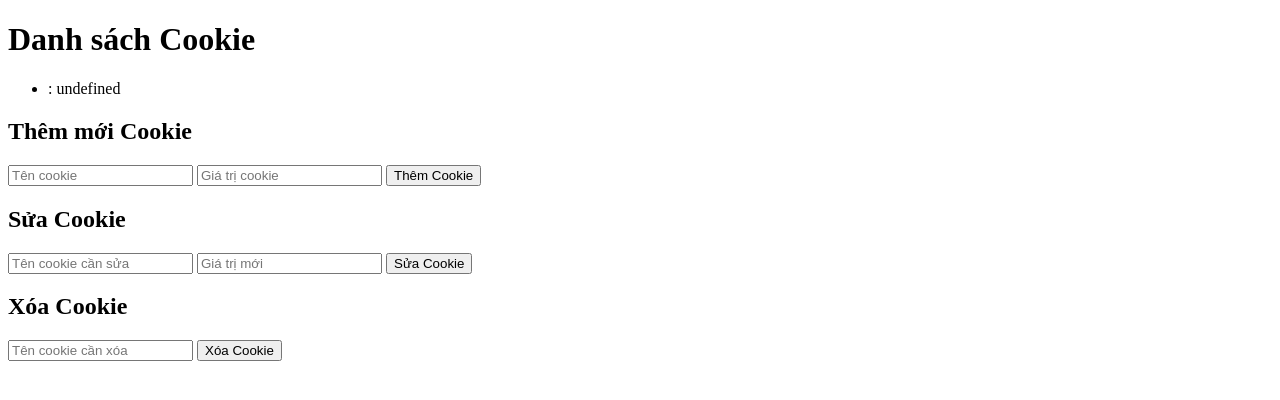
Repository: 3KAER/lab03_phan2
Page: lab04/phan1_bai2/index.html
These files come from the project's save history. The page is drawn as it stood at one moment and after the next save; the edit follows.
The browser window is 1280 px wide. The pictures show the whole page.

Above is the page before, as saved 2024-04-22 02:16:13.

### lab04/phan1_bai2/index.html
<!DOCTYPE html>
<html lang="en">
<head>
    <meta charset="UTF-8">
    <meta name="viewport" content="width=device-width, initial-scale=1.0">
    <title>Quản lý Cookie</title>
</head>
<body>
    <h1>Danh sách Cookie</h1>
    <ul id="cookie-list"></ul>

    <h2>Thêm mới Cookie</h2>
    <input type="text" id="cookie-name" placeholder="Tên cookie">
    <input type="text" id="cookie-value" placeholder="Giá trị cookie">
    <button onclick="addCookie()">Thêm Cookie</button>

    <h2>Sửa Cookie</h2>
    <input type="text" id="edit-cookie-name" placeholder="Tên cookie cần sửa">
    <input type="text" id="edit-cookie-value" placeholder="Giá trị mới">
    <button onclick="editCookie()">Sửa Cookie</button>

    <h2>Xóa Cookie</h2>
    <input type="text" id="delete-cookie-name" placeholder="Tên cookie cần xóa">
    <button onclick="deleteCookie()">Xóa Cookie</button>

    <script>
        function addCookie() {
            var name = document.getElementById("cookie-name").value;
            var value = document.getElementById("cookie-value").value;
            document.cookie = name + "=" + value;
            displayCookies();
        }

        function editCookie() {
            var name = document.getElementById("edit-cookie-name").value;
            var value = document.getElementById("edit-cookie-value").value;
            document.cookie = name + "=" + value;
            displayCookies();
        }

        function deleteCookie() {
            var name = document.getElementById("delete-cookie-name").value;
            document.cookie = name + "=; expires=Thu, 01 Jan 1970 00:00:00 UTC; path=/;";
            displayCookies();
        }

        function displayCookies() {
            var cookies = document.cookie.split("; ");
            var cookieList = document.getElementById("cookie-list");
            cookieList.innerHTML = "";
            cookies.forEach(function(cookie) {
                var parts = cookie.split("=");
                var name = parts[0];
                var value = parts[1];
                var listItem = document.createElement("li");
                listItem.textContent = name + ": " + value;
                cookieList.appendChild(listItem);
            });
        }

        displayCookies();
    </script>
</body>
</html>

After the next save:
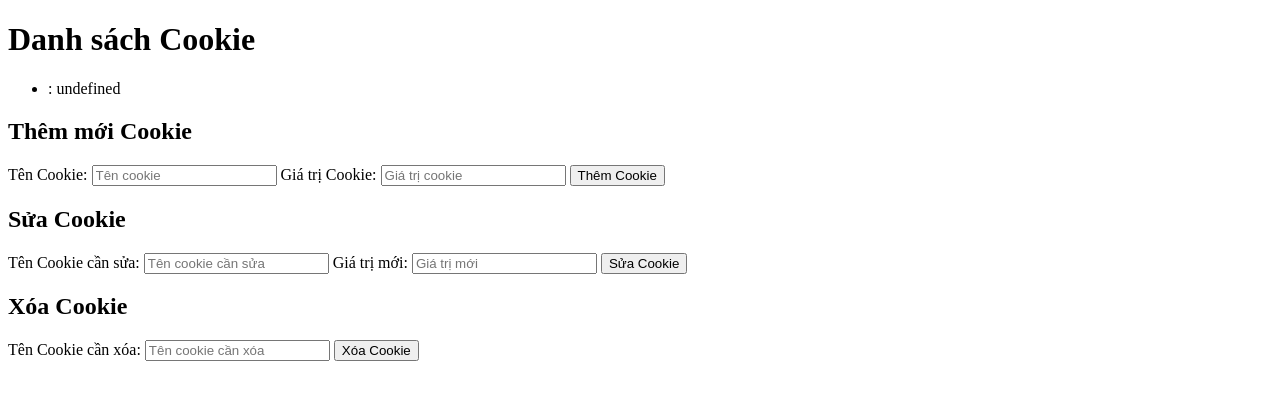
Saved 97 s later.
--- a/lab04/phan1_bai2/index.html
+++ b/lab04/phan1_bai2/index.html
@@ -10,16 +10,21 @@
     <ul id="cookie-list"></ul>
 
     <h2>Thêm mới Cookie</h2>
+    <label for="cookie-name">Tên Cookie:</label>
     <input type="text" id="cookie-name" placeholder="Tên cookie">
+    <label for="cookie-value">Giá trị Cookie:</label>
     <input type="text" id="cookie-value" placeholder="Giá trị cookie">
     <button onclick="addCookie()">Thêm Cookie</button>
 
     <h2>Sửa Cookie</h2>
+    <label for="edit-cookie-name">Tên Cookie cần sửa:</label>
     <input type="text" id="edit-cookie-name" placeholder="Tên cookie cần sửa">
+    <label for="edit-cookie-value">Giá trị mới:</label>
     <input type="text" id="edit-cookie-value" placeholder="Giá trị mới">
     <button onclick="editCookie()">Sửa Cookie</button>
 
     <h2>Xóa Cookie</h2>
+    <label for="delete-cookie-name">Tên Cookie cần xóa:</label>
     <input type="text" id="delete-cookie-name" placeholder="Tên cookie cần xóa">
     <button onclick="deleteCookie()">Xóa Cookie</button>
 
